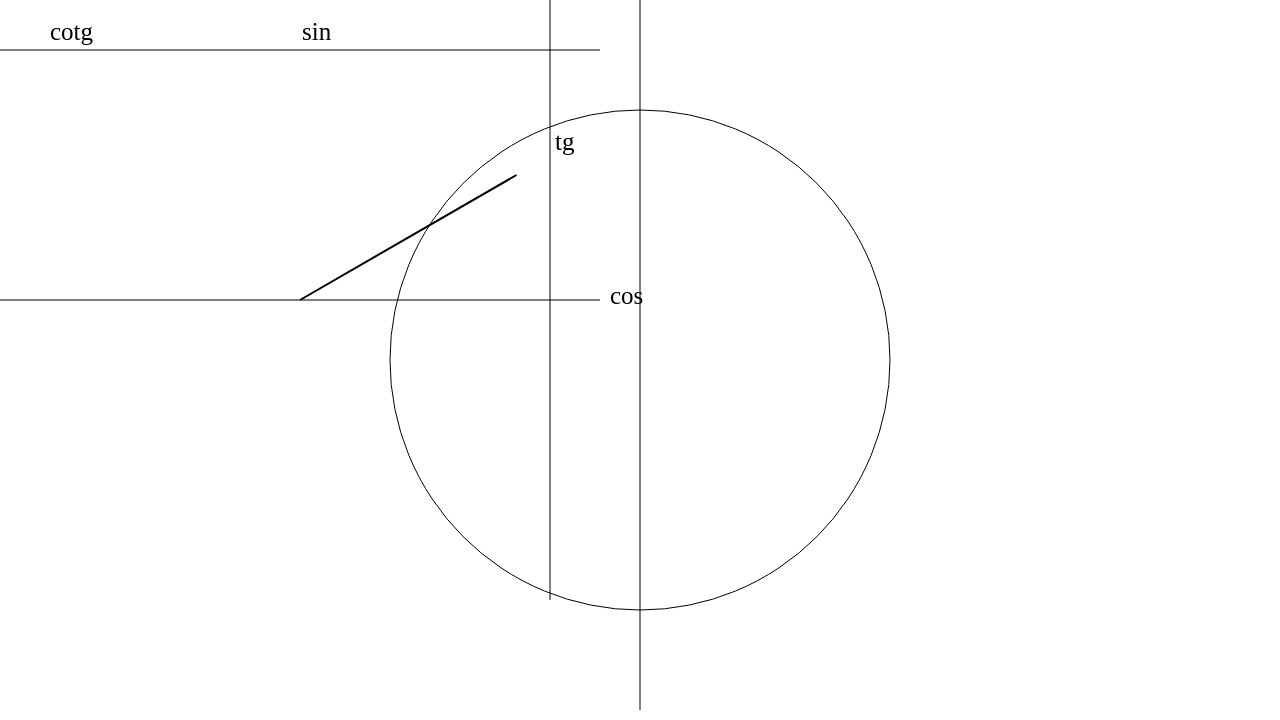
Repository: BraynStorm/braynstorm.github.io
Page: http://localhost/
These files come from the project's save history. The page is drawn as it stood at one moment and after a run of saves; the edit follows.
The browser window is 1280 px wide. The pictures show the whole page.
The page is run by PHP 8.4 with error messages shown; the project is at /var/www/html/.

Above is the page before, as saved 2015-02-24 15:25:52.

After the next 2 saves:
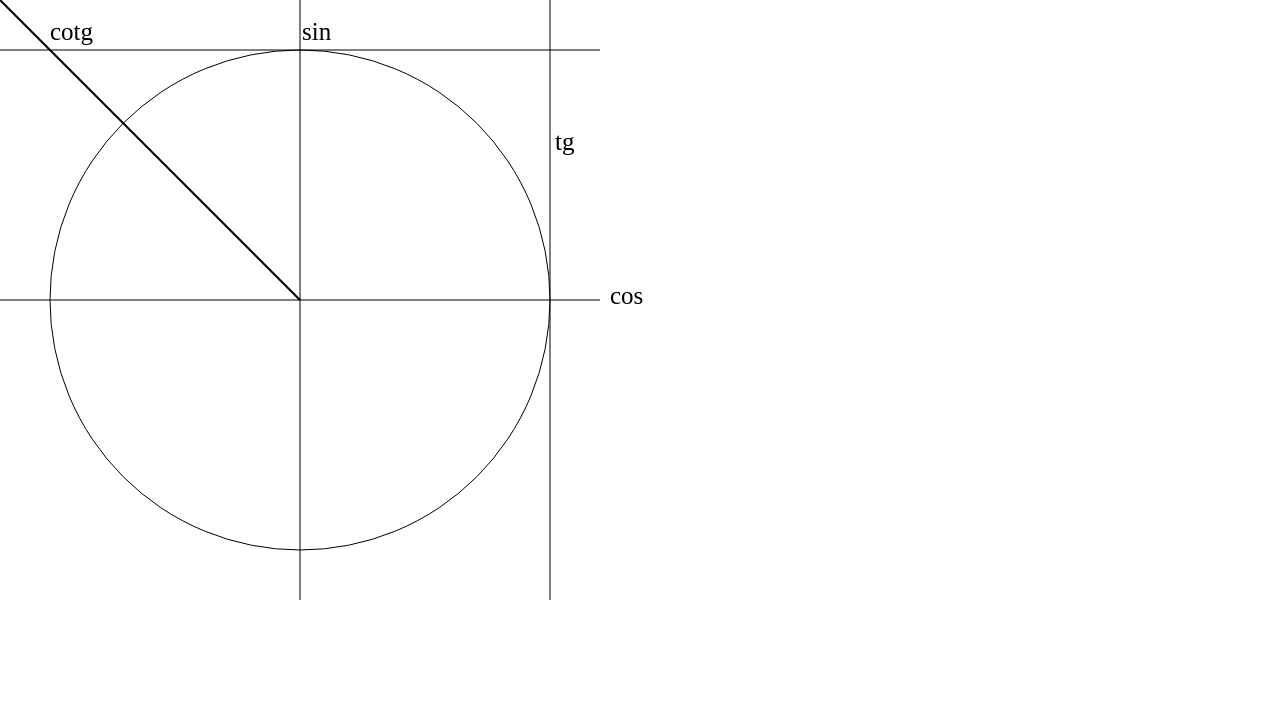
Console error: ReferenceError: circle is not defined
The 2 saves are shown as one change because they came seconds apart.
The last was saved 68 s later.
--- a/JSDrawing/js/swgDrawing.js
+++ b/JSDrawing/js/swgDrawing.js
@@ -8,7 +8,9 @@ $(document).ready(function (){
 		width:  window.innerWidth,
 		height: window.innerHeight-10
 	});
-	$('circle').attr({
+
+	var cicle = $('circle');
+	circle.attr({
 		cx : beginX,
 		cy : beginY
 	});
@@ -21,6 +23,12 @@ $(document).ready(function (){
 		y1: 0,
 		x2: beginX,
 		y2: window.innerHeight
+	});
+
+	var cosLine = $("#cosLine");
+
+	cosLine.attr({
+		x1
 	});
 
 
